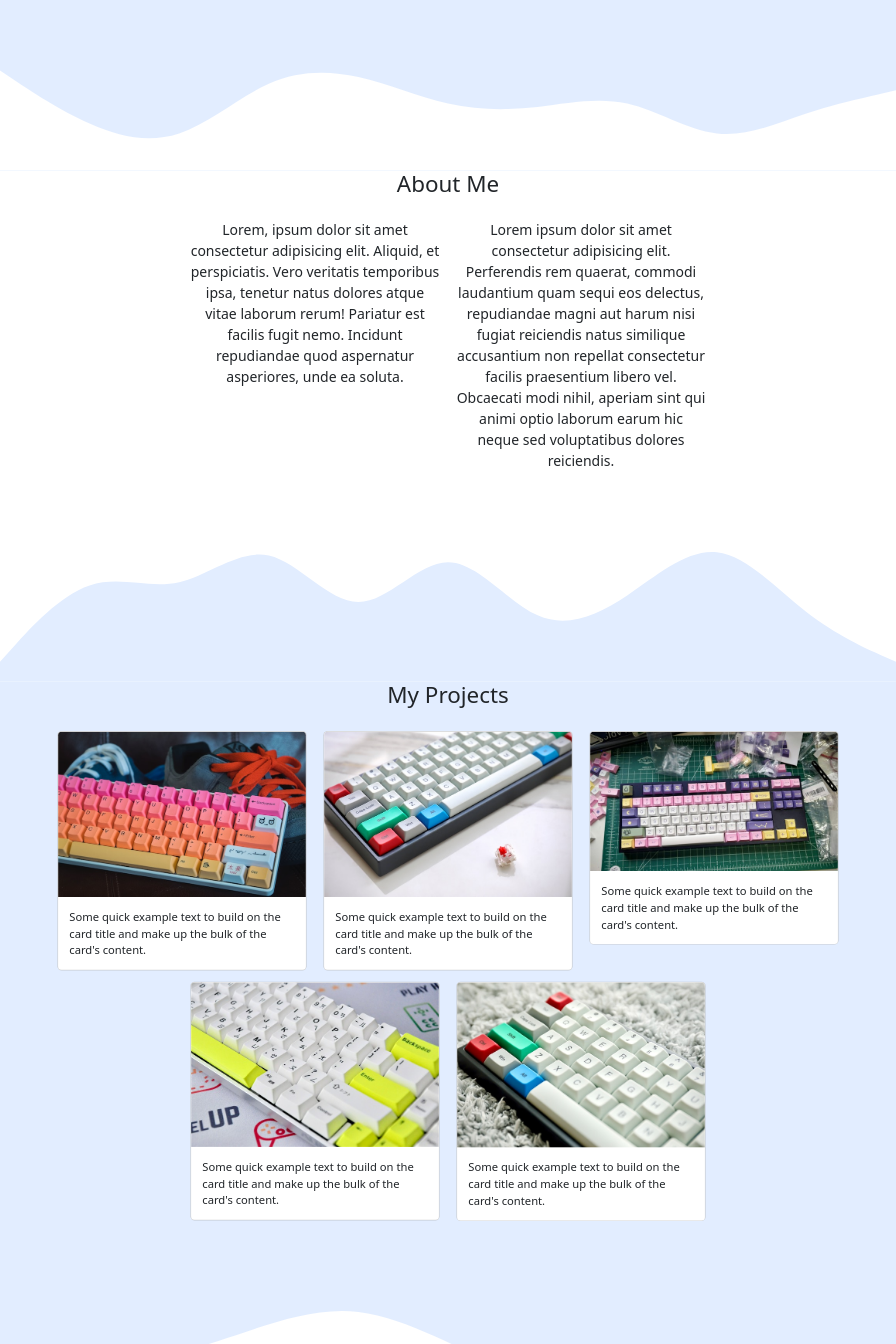
Repository: fadlyyy/fadli-dev.github.io
Page: index.html
These files come from the project's save history. The page is drawn as it stood at one moment and after the next save; the edit follows.
The browser window is 1280 px wide. The pictures show the part of the page from y = 508 to 2428 px (the page is 3332 px tall before and 3620 px after), at 70% of full size.

Above is the page before, as saved 2024-01-19 18:22:11.

After the next save:
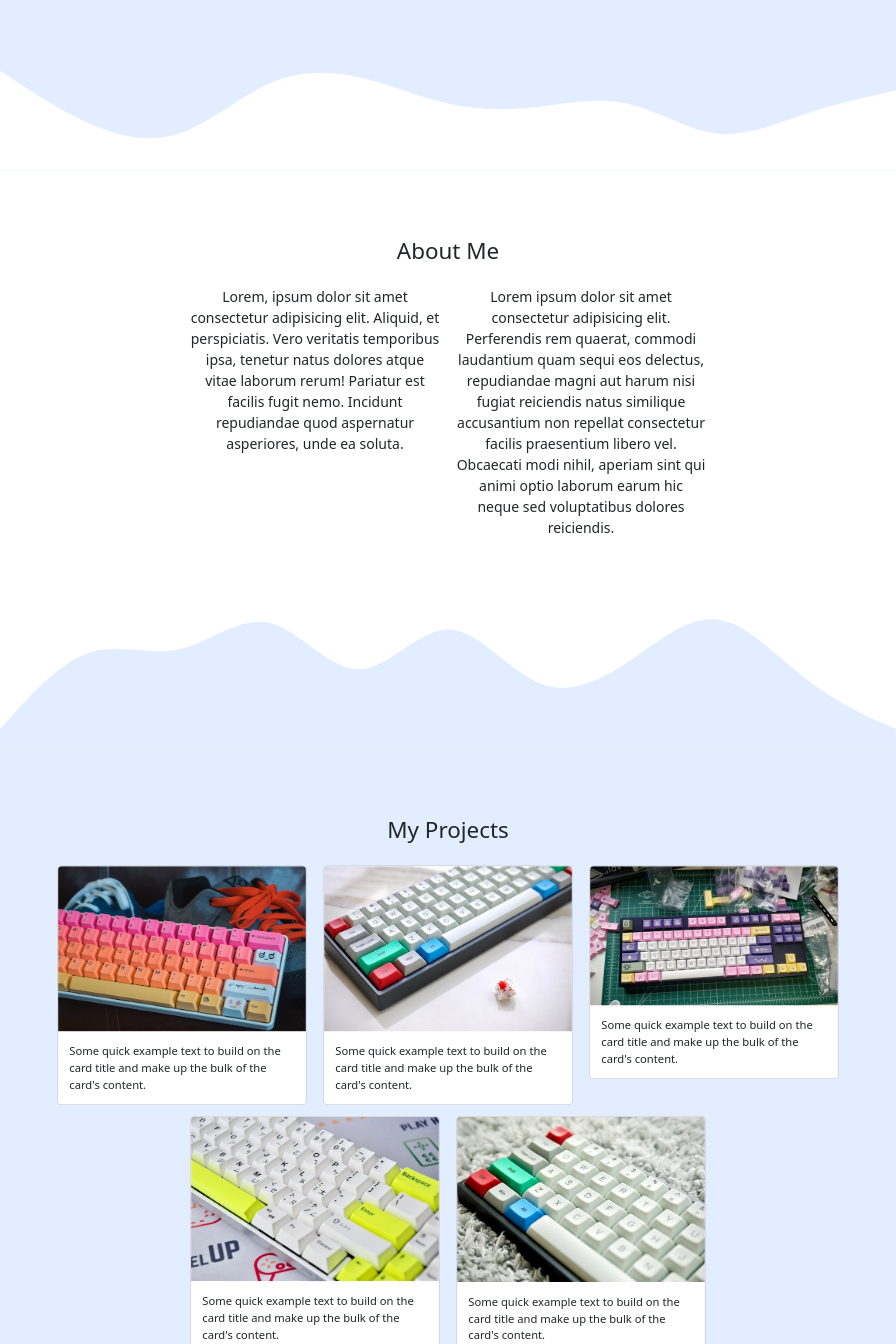
Saved 24 s later.
--- a/style.css
+++ b/style.css
@@ -16,6 +16,6 @@
   scale: 1.04;
 }
 
-.section {
+section {
   padding-top: 6rem;
 }
